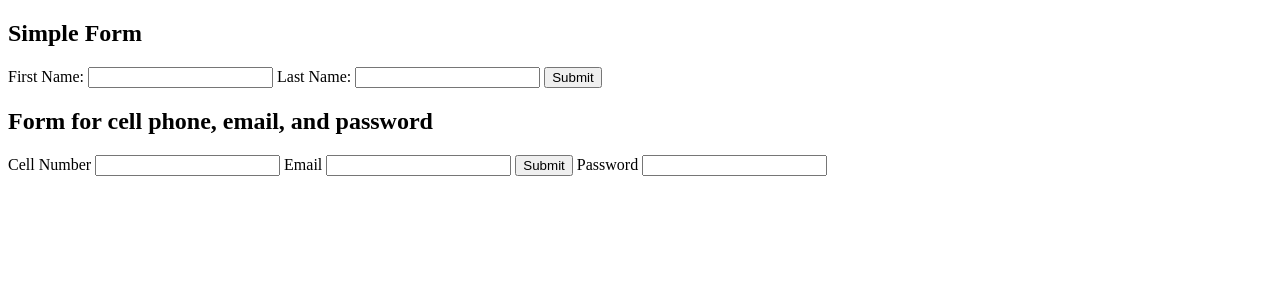
Repository: TheTroyPhillips/Block14
Page: Coursework/Block10/index.html
An editor plug-in stored every save of this project. The page is shown before and after a run of saves, followed by the edit.
The browser window is 1280 px wide. The pictures show the whole page.

Above is the page before, as saved 2023-09-07 19:26:20.

After the next 3 saves:
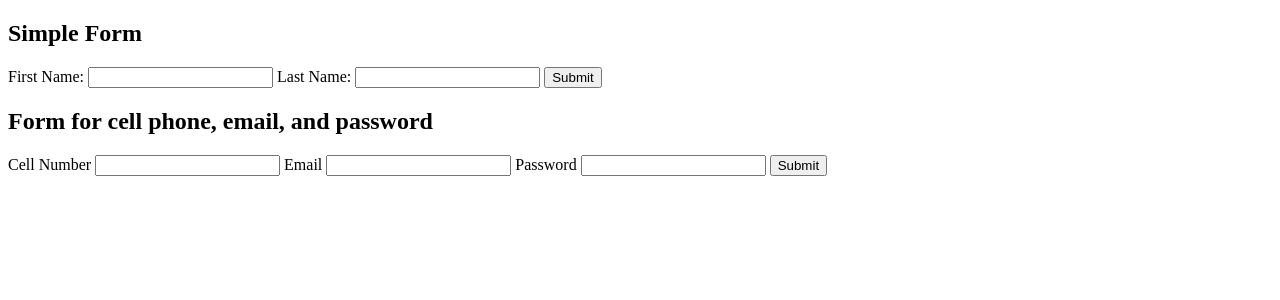
The 3 saves are shown as one change because they came seconds apart.
The last was saved 36 s later.
--- a/Coursework/Block10/index.html
+++ b/Coursework/Block10/index.html
@@ -24,9 +24,9 @@
             <input type="number" id="Cell Number" name="Cell Number">
             <label for="email">Email</label>
             <input type="email" id="Email" name="Email">
-            <input type="submit">
             <label for="password">Password</label>
             <input type="password" id="Password" name="Password">
+            <input type="submit">
         </form>
     </article>
 </body>
